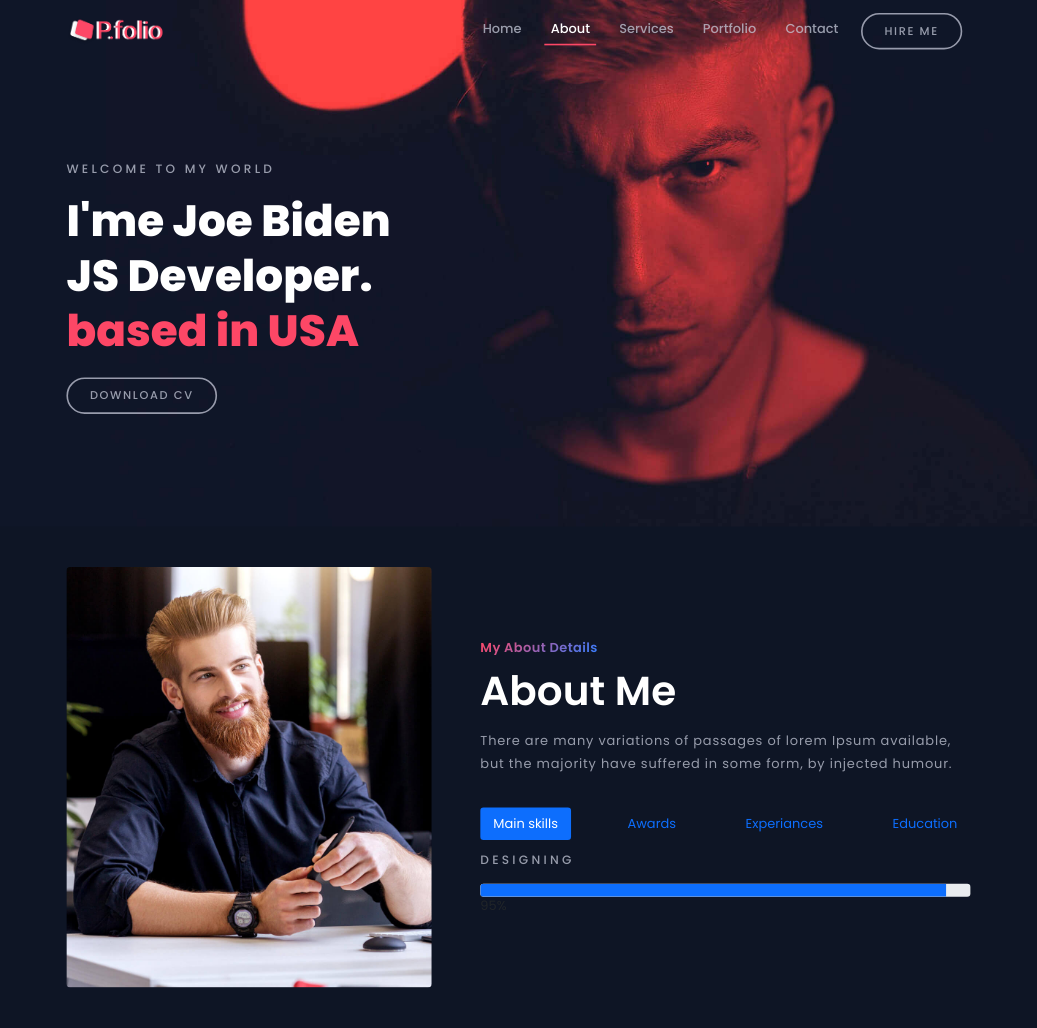
Repository: wadelfadill/Bootstrap_tache_3_responsive_portfolio
Page: index.html
The author's editor kept a copy of each file at every save. The page is drawn from the files as they stood at one save, then again after the next save.
The browser window is 1280 px wide. The pictures show the whole page, at 81% of full size.
Backgrounds fixed to the window are drawn as part of the page. Some web libraries are served in a nearby version.

Above is the page before, as saved 2023-04-11 10:05:59.

### index.html
<!DOCTYPE html>
<html lang="en">
<head>
    <meta charset="UTF-8">
    <meta http-equiv="X-UA-Compatible" content="IE=edge">
    <meta name="viewport" content="width=device-width, initial-scale=1.0">
    <title>Bootstrap_Responsive_Portfolio</title>
    <!------ FAVICON ------->
    <link rel="icon" type="image/png" href="images/favicon.png">

    <!------------ Bootstrap link --------------->
    <link href="https://cdn.jsdelivr.net/npm/bootstrap@5.1.3/dist/css/bootstrap.min.css" rel="stylesheet" integrity="sha384-1BmE4kWBq78iYhFldvKuhfTAU6auU8tT94WrHftjDbrCEXSU1oBoqyl2QvZ6jIW3" crossorigin="anonymous">

    <!-------------- Font-awsome script  ------------->
    <script src="https://kit.fontawesome.com/8f130c8a35.js" crossorigin="anonymous"></script>

    <!------------ CSS files link  ------------->
    <link rel="stylesheet" href="css/style.css">
    <link rel="stylesheet" href="css/responsive-style.css">

    <!------------- Google-Font link ---------------->
    <link rel="stylesheet" href="https://fonts.googleapis.com/css2?family=Poppins%3Awght%40100%3B200%3B300%3B400%3B500%3B600%3B700%3B800%3B900&display=swap">
</head>
<body data-bs-spy="scroll" data-bs-target=".navbar" data-bs-offset="75">
    <!------------------------------------------------------>
        <!------------- Navbar Section ----------->
        <header class="header_wrapper">
            <nav class="navbar navbar-expand-lg fixed-top">
                <div class="container">
                  <a class="navbar-brand" href="#">
                    <img src="images/logo.png" alt="logo" class="img-fluid">
                  </a>
                  <button class="navbar-toggler" type="button" data-bs-toggle="collapse" data-bs-target="#navbarNav" aria-controls="navbarNav" aria-expanded="false" aria-label="Toggle navigation">
                    <i class="fa-solid fa-bars-staggered navbar-toggler-icon"></i>
                  </button>
                  <div class="collapse navbar-collapse justify-content-end" id="navbarNav">
                    <ul class="navbar-nav menu-navbar-nav">
                      <li class="nav-item">
                        <a class="nav-link active" aria-current="page" href="#home">Home</a>
                      </li>
                      <li class="nav-item">
                        <a class="nav-link" href="#about">About</a>
                      </li>
                      <li class="nav-item">
                        <a class="nav-link" href="#services">Services</a>
                      </li>
                      <li class="nav-item">
                        <a class="nav-link" href="#portfolio">Portfolio</a>
                      </li>
                      <li class="nav-item">
                        <a class="nav-link" href="#contact">Contact</a>
                      </li>
                      <li class="nav-item mt-3 mt-lg-0">
                        <a class="main-btn" href="#contact">Hire me</a>
                      </li>
                    </ul>
                  </div>
                </div>
              </nav>
        </header>
        <!----------- Navbar section end -------->
    <!------------------------------------------------------>
        <!----------- Banner section ------------->
        <section id="home" class="banner_wrapper">
            <div class="container">
                <div class="row">
                    <div class="col-sm-12 text-center text-md-start">
                        <h6>WELCOME TO MY WORLD</h6>
                        <h1>I'me Joe Biden <br> JS Developer. <span><br>based in USA</span></h1>
                        <div class="mt-4">
                            <a href="" class="main-btn">Download CV</a>
                        </div>
                    </div>
                </div>
            </div>
        </section>
        <!----------- Banner section end --------->
    <!------------------------------------------------------>
        <!----------- About section -------------->
        <section id="about" class="about_wrapper">
            <div class="container">
              <div class="row justify-content-between align-items-center">
                  <div class="col-lg-5 mb-lg-0">
                    <img src="images/about.jpg" alt="about-img" class="img-fluid rounded-3">
                  </div>
                  <div class="col-lg-7 ps-lg-5 text-center text-lg-start">
                    <div class="my-3 my-lg-0">
                      <span class="subtitle">My About Details</span>
                      <h2>About Me</h2>
                      <p>There are many variations of passages of lorem Ipsum available, but the majority have
                        suffered in some form, by injected humour.</p>
                    </div>
                    <div class="pt-4">
                      <ul class="nav nav-pills mb-3 justify-content-center justify-content-lg-between" id="pills-tab" role="tablist">
                        <li class="nav-item" role="presentation">
                          <button class="nav-link active" id="pills-skill-tab" data-bs-toggle="pill" data-bs-target="#pills-skill" type="button" role="tab" aria-controls="pills-skill" aria-selected="true">Main skills</button>
                        </li>
                        <li class="nav-item" role="presentation">
                          <button class="nav-link" id="pills-award-tab" data-bs-toggle="pill" data-bs-target="#pills-award" type="button" role="tab" aria-controls="pills-award" aria-selected="false">Awards</button>
                        </li>
                        <li class="nav-item" role="presentation">
                          <button class="nav-link" id="pills-experiance-tab" data-bs-toggle="pill" data-bs-target="#pills-experiance" type="button" role="tab" aria-controls="pills-experiance" aria-selected="false">Experiances</button>
                        </li>
                        <li class="nav-item" role="presentation">
                          <button class="nav-link" id="pills-education-tab" data-bs-toggle="pill" data-bs-target="#pills-education" type="button" role="tab" aria-controls="pills-education" aria-selected="false">Education</button>
                        </li>
                      </ul>
                      <div class="tab-content" id="pills-tabContent">
                        <div class="tab-pane fade show active" id="pills-skill" role="tabpanel" aria-labelledby="pills-skill-tab" tabindex="0">
                            <div class="single-progress">
                                <h6>Designing</h6>
                                <div class="progress">
                                  <div class="progress-bar" role="progressbar" aria-label="Basic example" style="width: 95%" aria-valuenow="25" aria-valuemin="0" aria-valuemax="100"></div>
                                </div>
                                <span class="lable">95%</span>
                            </div>
                        </div>
                        <div class="tab-pane fade" id="pills-award" role="tabpanel" aria-labelledby="pills-award-tab" tabindex="0">...</div>
                        <div class="tab-pane fade" id="pills-experiance" role="tabpanel" aria-labelledby="pills-experiance-tab" tabindex="0">...</div>
                        <div class="tab-pane fade" id="pills-education" role="tabpanel" aria-labelledby="pills-education-tab" tabindex="0">...</div>
                      </div>
                    </div>
                  </div>
              </div>
            </div>
        </section>
        <!----------- About section end ---------->
    <!------------------------------------------------------->
        <!----------- Services section ----------->

        <!----------- Services section end ------->
    <!------------------------------------------------------->
        <!----------- Portfolio section ---------->

        <!----------- Portfolio section end ----->
    <!------------------------------------------------------->
        <!----------- Contact section ----------->

        <!----------- Contact section end ------->
    <!------------------------------------------------------->
        <!------------ Footer section ----------->

        <!------------ Footer section end ------->
    <!------------------------------------------------------->
        <!-- JS file link -->
        <script src="js/main.js"></script>
        <!---------------- bootstrap script -------------->
        <script src="https://cdn.jsdelivr.net/npm/bootstrap@5.1.3/dist/js/bootstrap.bundle.min.js" integrity="sha384-ka7Sk0Gln4gmtz2MlQnikT1wXgYsOg+OMhuP+IlRH9sENBO0LRn5q+8nbTov4+1p" crossorigin="anonymous"></script>
</body>
</html>

### css/style.css
/* TABLE OF CONTENTS */
/* --------------------
1. General
2.Navbar
3.Banner
4.About
5.Services
6.Portfolio
7.contact
8.Footer
---------------------- */

/* 1. General */
@import url('https://fonts.googleapis.com/css2?family=Poppins%3Awght%40100%3B200%3B300%3B400%3B500%3B600%3B700%3B800%3B900&display=swap');

*{
    box-sizing: border-box;
    margin: 0;
    padding: 0;
}
:root{
    /* Background Color */
    --primary-color:#FD4766;
    --secondary-color:#0e1525;
    --bg-dark-blue:#091020;
    --bg-white:#fff;
    --gray-color:#c6c9d8bf;
    --gradient-color: linear-gradient(-224deg, var(--primary-color) 0, #337Dff 100%);
    --gradient-text: linear-gradient(120deg, #1C99FE 20.69%, #7644FF 50.19%, var(--primary-color) 79.69%);
    filter: progid:DXImageTransform.Microsoft.gradient(startColorstr='var(--primary-color)', endColorstr='var(--secondary-color)', GradientType=1);

    /* Text Color */
    --primary-font: 'Poppins', 'sans-serif';
    --primary-text: #FD4766;
    --text-gray: #c6c9d8bf;
    --text-white:#fff;

}

body{
    font-family: var(--primary-font);
    background-color: var(--secondary-color);
}
a{
    text-decoration: none;
}

/* 1 custom css */
::-webkit-scrollbar{
    width: 6px;
}
::-webkit-scrollbar-track{
    background: var(--bg-dark-blue);
}
::-webkit-scrollbar-thumb{
    background: var(--primary-color);
}
input[type=number]::-webkit-inner-spin-button,
input[type=number]::-webkit-outer-spin-button{
    -webkit-appearance: none;
    margin: 0;
}

section{
    padding: 50px 0;
}
.main-btn{
    display: inline-block;
    border-radius: 50px;
    transition: all .4s ease-in-out;
    padding: 10px 27px;
    background-color: transparent;
    border: 2px solid var(--gray-color);
    color: var(--text-gray);
    font-weight: 500;
    font-size: 14px;
    text-transform: uppercase;
    letter-spacing: 2px;
    text-decoration: none;
}
.main-btn:hover{
    background-color: var(--primary-color);
    border-color: var(--primary-color);
    color: var(--text-white);

}
h1{
    font-size: 54px;
    line-height: 68px;
    font-weight: 800;
    color: var(--text-white);
    margin-bottom: 20px;
}
h1 span{
    color: var(--primary-color);
}
h2{
    font-size: 50px;
    line-height: 1.3;
    font-weight: 600;
    color: var(--text-white);
    margin-bottom: 15px;
}
h3{
    font-size: 20px;
    font-weight: 800;
    color: var(--text-white);
    margin-bottom: 19px;
}
h6{
    font-size: 15px;
    text-transform: uppercase;
    letter-spacing: 4px;
    display: block;
    color: var(--text-gray);
    margin-bottom: 20px;
}

p{
    color: var(--text-gray);
    font-size: 16px;
    line-height: 28px;
    letter-spacing: 1px;
    font-weight: 400;
}

.subtitle{
    display: inline-block;
    font-weight: 600;
    letter-spacing: 0.5px;
    line-height: 18px;
    font-size: 16px;
    margin-bottom: 12px;
    background: var(--gradient-color);
    -webkit-background-clip: text;
    -webkit-text-fill-color: transparent;
}
input:hover,
input:focus,
textarea:hover,
textarea:focus,
button{
    outline: none !important;
    box-shadow: none !important;
}

/* 2. Navbar */
.header_wrapper .navbar{
    padding: 15px 0;
    -webkit-transition: all .2s linear;
    -o-transition: all .2s linear;
    transition: all .2s linear;

}
.header_wrapper .navbar-brand img{
    max-width: 120px;
    height: auto;
}
.header_wrapper .navbar-toggler{
    border: 0;
    color: var(--gray-color);
    line-height: 2;
}
.header_wrapper .navbar-toggler:focus{
    box-shadow: none;
}
.header_wrapper .nav-item{
    margin: 0 10px;
}
.header_wrapper .nav-item .nav-link{
    position: relative;
    font-size: 16px;
    font-weight: 500;
    color: var(--text-gray);
    display: inline-block;
}
.header_wrapper .nav-item .nav-link::after{
    position: absolute;
    content: '';
    left: 0;
    width: 0;
    height: 2px;
    background: var(--primary-color);
    transition: 0.3s;
    bottom: 0;
}
.header_wrapper .nav-item .nav-link.active::after,
.header_wrapper .nav-item .nav-link:hover::after{
    width: 100%;

}
.header_wrapper .nav-item .nav-link.active,
.header_wrapper .nav-item .nav-link:hover{
     color: var(--text-white);
}
.header-scrolled{
    position: fixed;
    top: 0;
    left: 0;
    width: 100%;
    background-color: var(--bg-dark-blue);
    -webkit-box-shadow: 0 4px 6px 0 rgba(12, 0, 46, .05);
    box-shadow: 0 4px 6px 0 rgba(12, 0, 46, .05);
}
.header-scrolled .nav-item .nav-link.active,
.header-scrolled .nav-item .nav-link:hover{
     color: var(--primary-text);
}
/* 3. Banner */
.banner_wrapper{
    width: 100%;
    height: auto;
    min-height: 650px;
    background-image: url('../images/bg-image.jpg');
    background-repeat: no-repeat;
    background-position: center center;
    background-size: cover;
    background-attachment: fixed;
    padding: 200px 0 100px 0;
}

### css/responsive-style.css
@media (max-width:991px){

    /* Custom css */
    section{
        padding: 30px 0;
    }
    h2{
        font-size: 30px;
        line-height: 40px;
    }
    h3{
        font-size: 20px;
    }
    /* 2. Navbar */
    .header-scrolled{
        height: auto;
    }
    .header_wrapper .menu-navbar-nav{
        text-align: center;
        background-color: var(--bg-dark-blue);
        padding-bottom: 15px;
    }
    .header_wrapper .nav-item .nav-link{
        margin-top: 15px;
    }
    /* banner wrapper */
    .banner_wrapper{
        padding: 200px 0;
    }
}



@media (max-width:767px){
    /* Custom css */
    section{
        padding: 30px 0;
    }
    h1{
        font-size: 40px;
        line-height: 48px;
    }
    h2{
        font-size: 25px;

    }
    p{
        font-size: 13px;
        line-height: 24px;
    }
}

### js/main.js
//Header Scroll
let nav = document.querySelector(".navbar");
window.onscroll = function () {
    if(document.documentElement.scrollTop > 20){
        nav.classList.add("header-scrolled");
    }else{
        nav.classList.remove("header-scrolled");
    }
}

// nav hide
let navBar = document.querySelectorAll(".nav-link");
let navCollapse = document.querySelector(".navbar-collapse.collapse");
navBar.forEach(function(a){
    a.addEventListener("click", function(){
        navCollapse.classList.remove("show")
    })
})

After the next save:
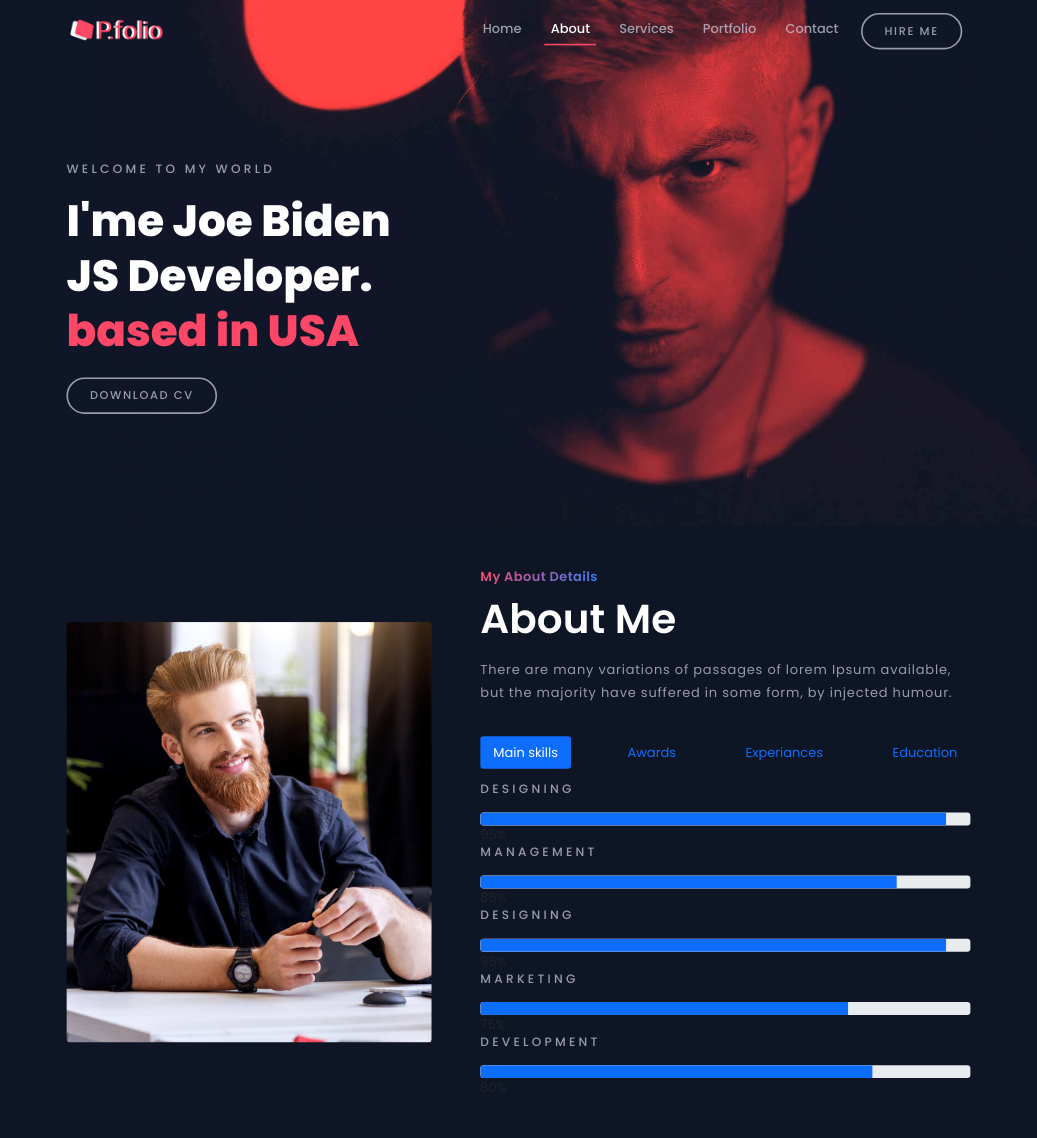
Saved 4 min 21 s later.
--- a/index.html
+++ b/index.html
@@ -114,6 +114,34 @@
                                 </div>
                                 <span class="lable">95%</span>
                             </div>
+                            <div class="single-progress">
+                              <h6>Management</h6>
+                              <div class="progress">
+                                <div class="progress-bar" role="progressbar" aria-label="Basic example" style="width: 85%" aria-valuenow="25" aria-valuemin="0" aria-valuemax="100"></div>
+                              </div>
+                              <span class="lable">85%</span>
+                            </div>
+                            <div class="single-progress">
+                              <h6>Designing</h6>
+                              <div class="progress">
+                                <div class="progress-bar" role="progressbar" aria-label="Basic example" style="width: 95%" aria-valuenow="25" aria-valuemin="0" aria-valuemax="100"></div>
+                              </div>
+                              <span class="lable">95%</span>
+                            </div>
+                            <div class="single-progress">
+                              <h6>Marketing</h6>
+                              <div class="progress">
+                                <div class="progress-bar" role="progressbar" aria-label="Basic example" style="width: 75%" aria-valuenow="25" aria-valuemin="0" aria-valuemax="100"></div>
+                              </div>
+                              <span class="lable">75%</span>
+                            </div>
+                            <div class="single-progress">
+                              <h6>Development</h6>
+                              <div class="progress">
+                                <div class="progress-bar" role="progressbar" aria-label="Basic example" style="width: 80%" aria-valuenow="25" aria-valuemin="0" aria-valuemax="100"></div>
+                              </div>
+                              <span class="lable">80%</span>
+                            </div>
                         </div>
                         <div class="tab-pane fade" id="pills-award" role="tabpanel" aria-labelledby="pills-award-tab" tabindex="0">...</div>
                         <div class="tab-pane fade" id="pills-experiance" role="tabpanel" aria-labelledby="pills-experiance-tab" tabindex="0">...</div>
